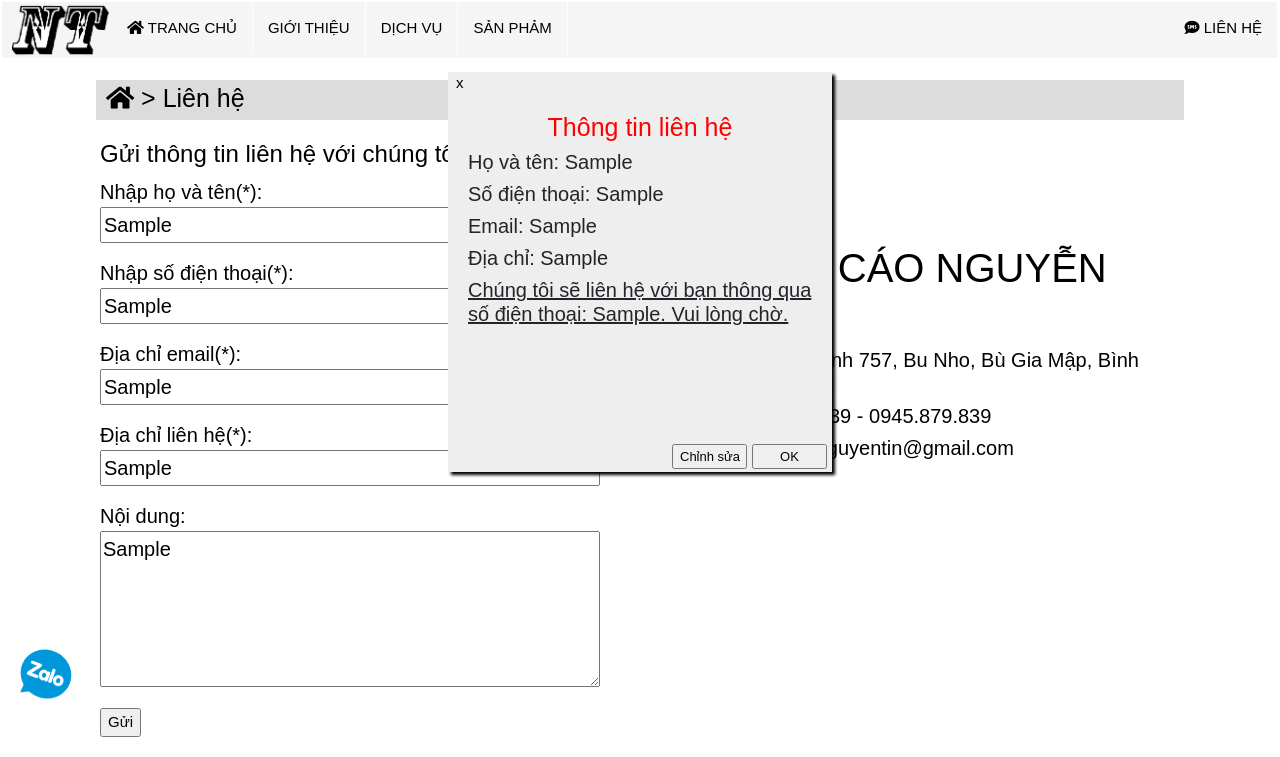
Repository: Haunguyen42193/quangcaonguyentin.github.io
Page: contact.html
The author's editor kept a copy of each file at every save. The page is drawn from the files as they stood at one save, then again after the next save.
The browser window is 1280 px wide. The pictures show the part of the page from y = 0 to 757 px (the page is 1526 px tall).
Empty fields were first filled with sample values (such as "Sample", 5 or name@example.com).
After loading, the first visible `#submit` was clicked once.
Pictures or frames that could not be fetched are drawn as grey boxes. Some web fonts or font styles are not loaded; a fallback is used. Some web libraries are served in a nearby version.

Above is the page before, as saved 2021-09-17 18:41:36.

After the next save:
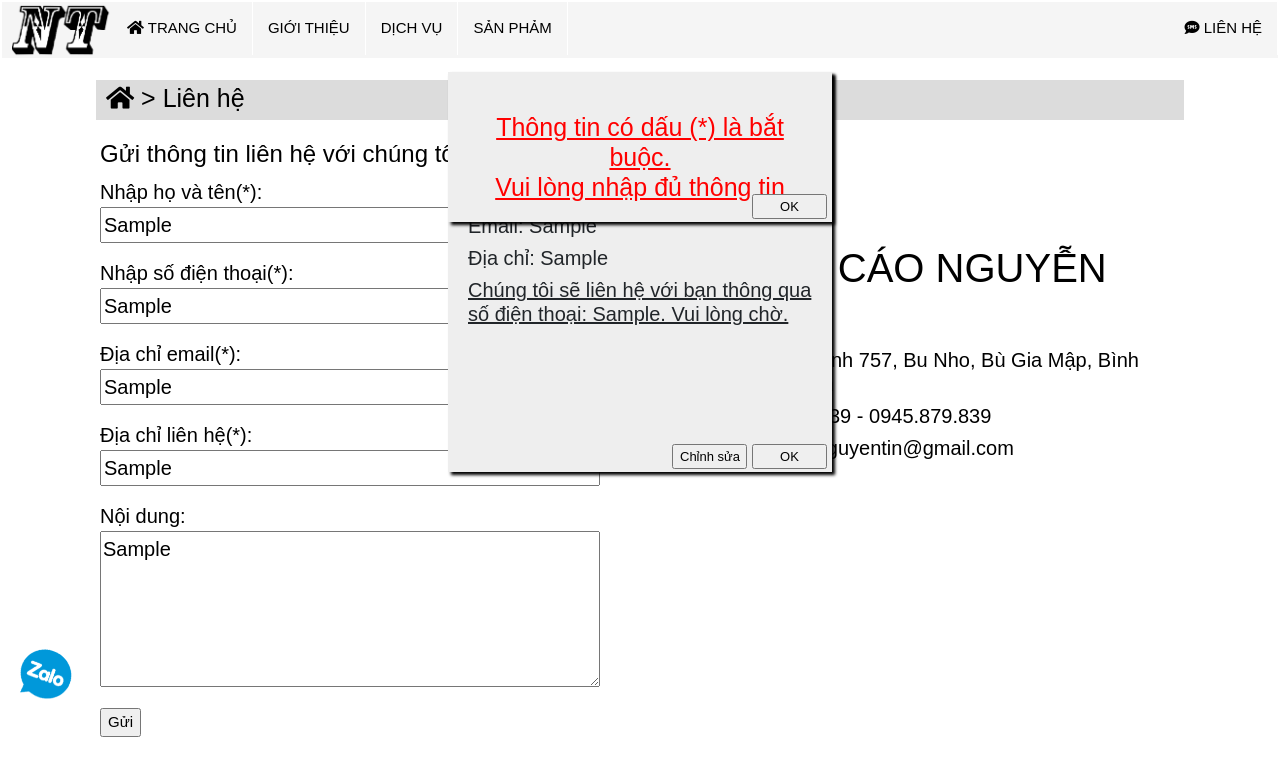
Saved 3 min 37 s later.
--- a/Js/main.js
+++ b/Js/main.js
@@ -20,20 +20,10 @@
         var phone = $("#phone")
         var mail = $("#mail")
         var address = $("#address")
-        if(!isNaN(name.val()))
+        var id = $(".Id")
+        if(isNaN(id.val()))
         {
-            phone.css({"outline": "2px solid red"})
-            $(".popup").prepend(`
-                <div class="informa">
-                <input type="button" value="OK" id="ok"/>
-                    <div class="notice">
-                        <h5>Thông tin có dấu (*) là bắt buộc. <br/>Vui lòng nhập đủ thông tin</h5>
-                    </div>
-                </div>
-            `)
-        }else if(!isNaN(phone.val()))
-        {
-            phone.css({"outline": "2px solid red"})
+            id.css({"outline": "2px solid red"})
             $(".popup").prepend(`
                 <div class="informa">
                 <input type="button" value="OK" id="ok"/>

After the 3 saves that followed:
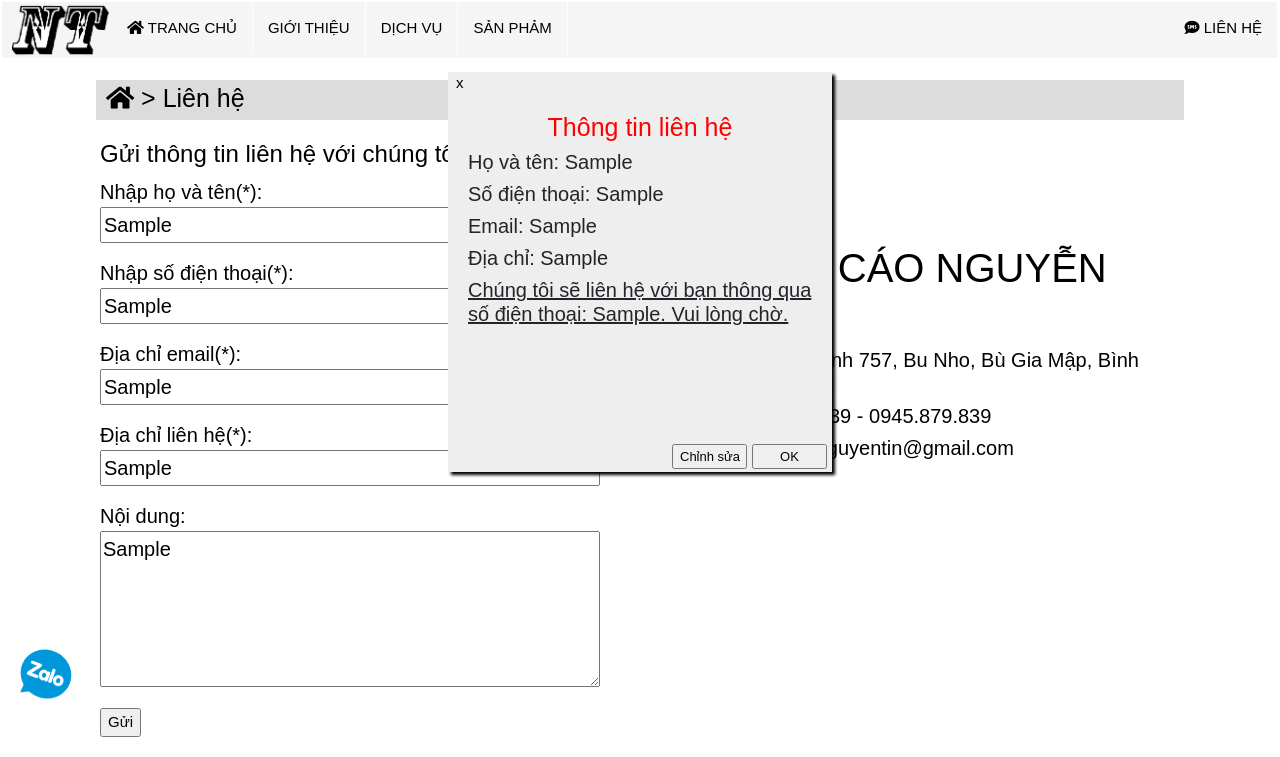
The 3 saves are shown as one change because 2 left the picture as it was.
The last was saved 105 s later.
--- a/Js/main.js
+++ b/Js/main.js
@@ -20,10 +20,21 @@
         var phone = $("#phone")
         var mail = $("#mail")
         var address = $("#address")
-        var id = $(".Id")
-        if(isNaN(id.val()))
+        if(!isNaN(name.val()))
         {
-            id.css({"outline": "2px solid red"})
+            phone.css({"outline": "2px solid red"})
+            $(".popup").prepend(`
+                <div class="informa">
+                <input type="button" value="OK" id="ok"/>
+                    <div class="notice">
+                        <h5>Thông tin có dấu (*) là bắt buộc. <br/>Vui lòng nhập đủ thông tin</h5>
+                    </div>
+                </div>
+            `)
+        }
+        if(!isNaN(phone.val()))
+        {
+            phone.css({"outline": "2px solid red"})
             $(".popup").prepend(`
                 <div class="informa">
                 <input type="button" value="OK" id="ok"/>
